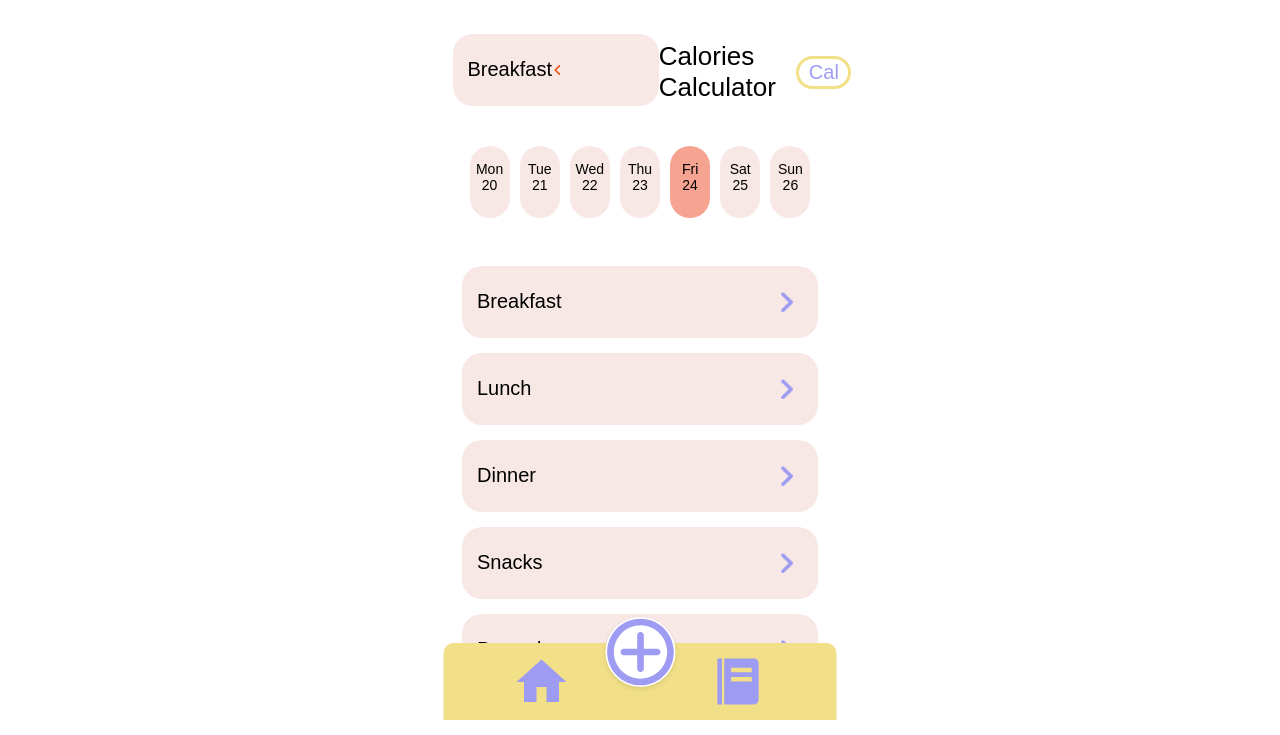
Repository: MeowCeline00/G5-Calorie-Tracker
Page: addPage/Add.html
The author's editor kept a copy of each file at every save. The page is drawn from the files as they stood at one save, then again after the next save.
The browser window is 1280 px wide. The pictures show the whole page.

Above is the page before, as saved 2024-05-26 06:40:11.

After the next save:
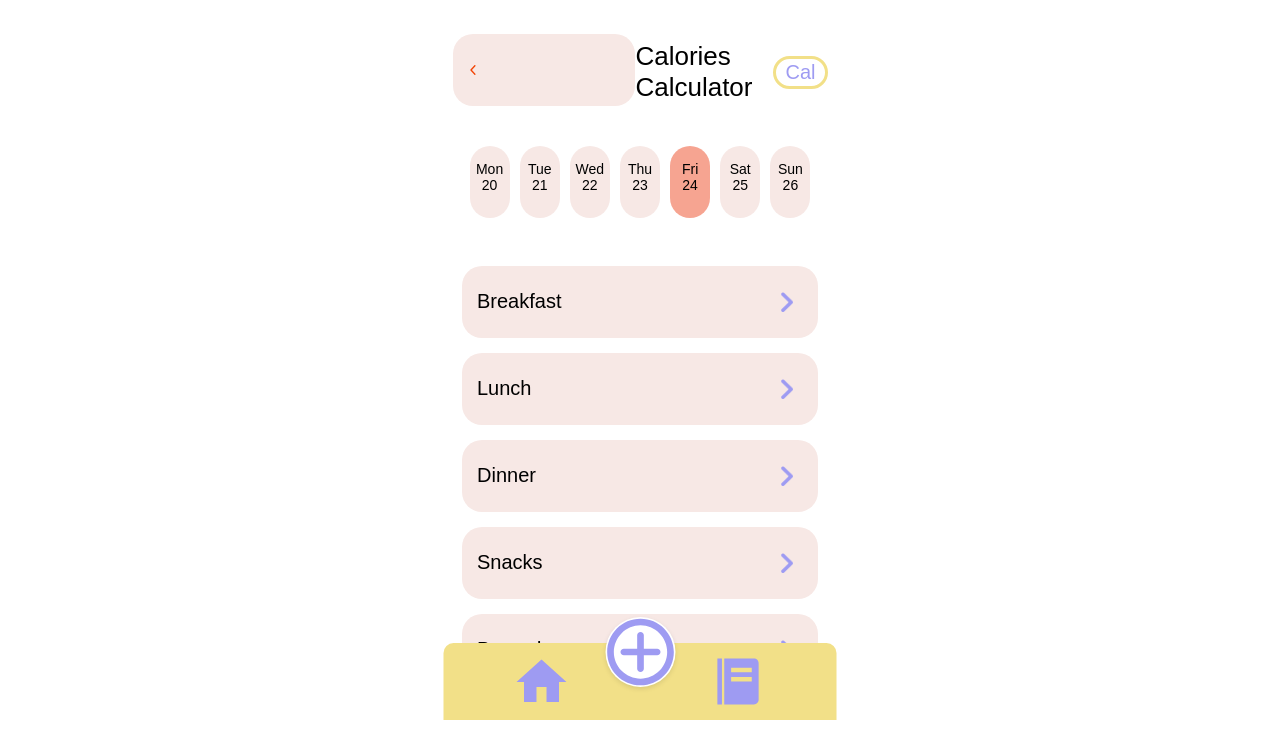
Saved 6 s later.
--- a/addPage/Add.html
+++ b/addPage/Add.html
@@ -10,7 +10,7 @@
 <body>
   <div class="container">
     <header class="header">
-      <a href="/breakfastAddPage/index.html" class="meal">Breakfast <img src="/images/prevButton.svg" alt="Right Arrow" class="right-arrow" width="11.8" height="20.1"></a>
+      <a href="/breakfastAddPage/index.html" class="meal"><img src="/images/prevButton.svg" alt="Right Arrow" class="right-arrow" width="11.8" height="20.1"></a>
 
       <h1 class="title">Calories Calculator</h1>
       <button class="calButton">Cal</button>
